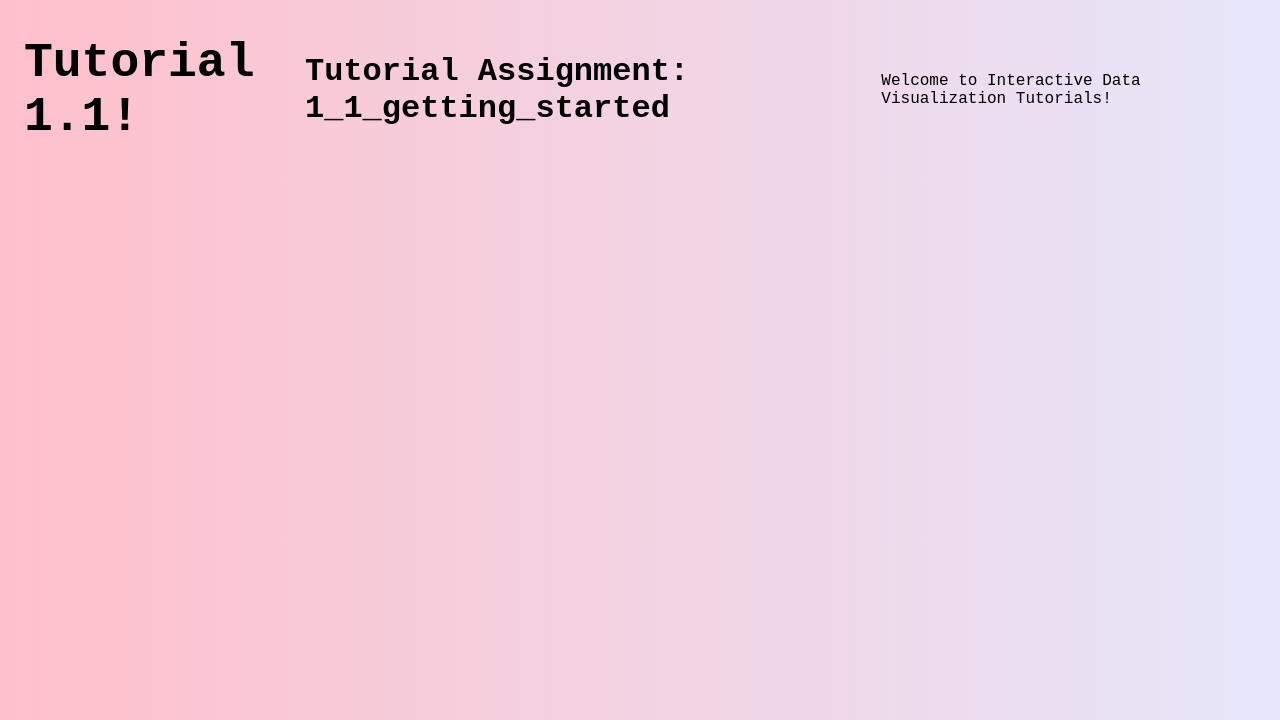
Repository: lisjak/Interactive-Data-Vis-Fall2022
Page: 1_1_getting_started/index.html
These files come from the project's save history. The page is drawn as it stood at one moment and after the next save; the edit follows.
The browser window is 1280 px wide. The pictures show the whole page.
Some web fonts or font styles are not loaded; a fallback is used.

Above is the page before, as saved 2022-09-04 21:48:45.

After the next save:
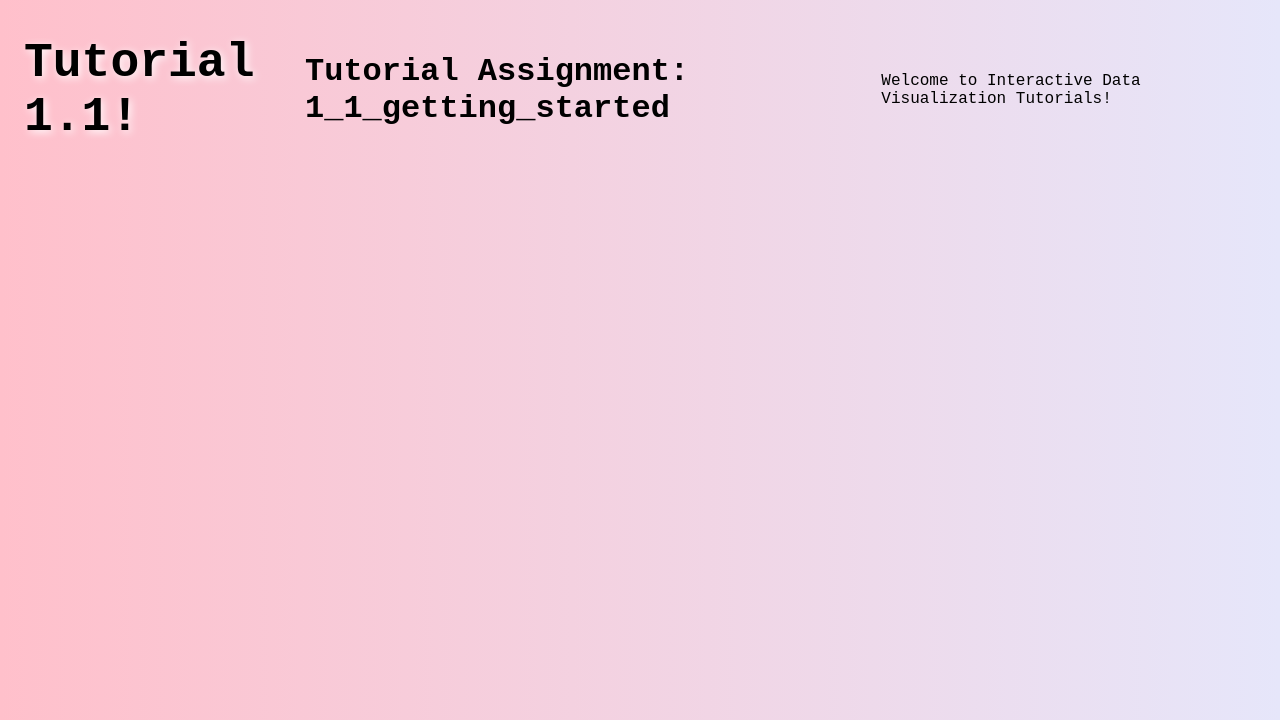
Saved 27 s later.
--- a/1_1_getting_started/style.css
+++ b/1_1_getting_started/style.css
@@ -11,7 +11,7 @@ body {
 h1 {
     font-size: 3em;
     margin: 0.25em 0;
-    box-shadow: 1px white;
+    text-shadow: 2px 2px 8px white;
 }
 
 h3 {
